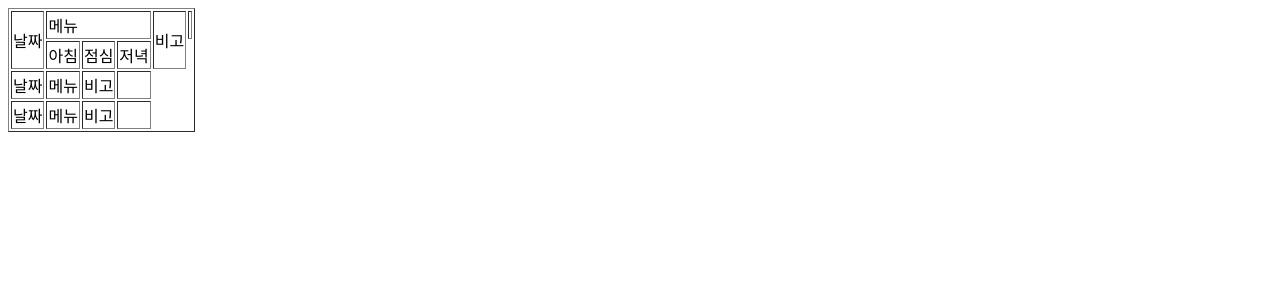
Repository: jinaa11/Kcc_Web
Page: Html/WebContent/mission2.html
These files come from the project's save history. The page is drawn as it stood at one moment and after the next save; the edit follows.
The browser window is 1280 px wide. The pictures show the whole page.

Above is the page before, as saved 2024-07-08 05:34:13.

After the next save:
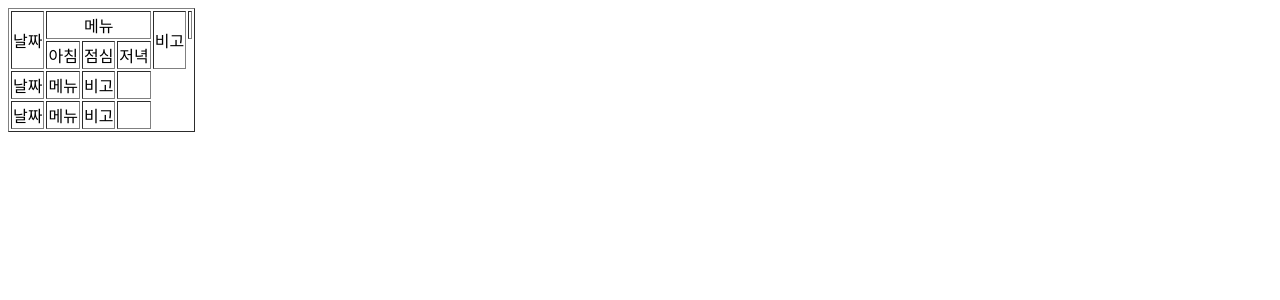
Saved 20 s later.
--- a/Html/WebContent/mission2.html
+++ b/Html/WebContent/mission2.html
@@ -6,7 +6,7 @@
 </head>
 <body>
 	<table border="1">
-		<tbody>
+		<tbody align="center">
 			<tr>
 				<td rowspan="2">날짜</td>
 				<td colspan="3">메뉴</td>
